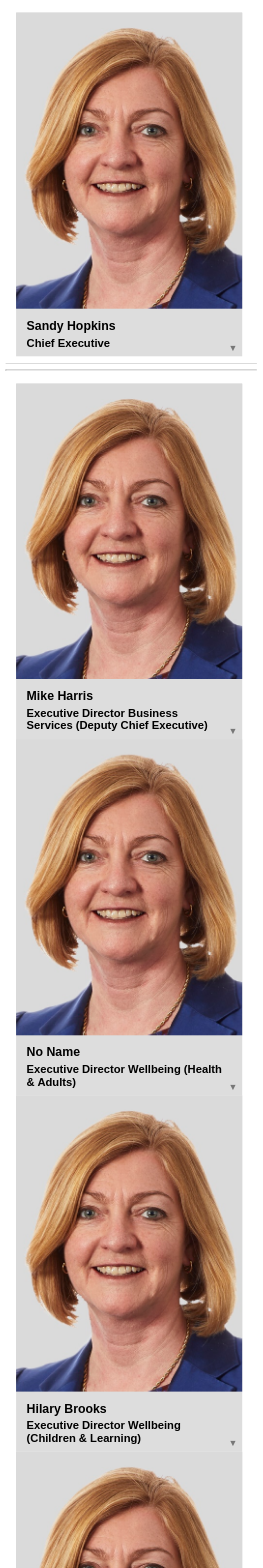
Repository: DigitalExperienceTeam/management
Page: index.html
The author's editor kept a record of every edit. The page is drawn from the files as they stood at one moment, then again after the next edit.
The browser window is 375 px wide. The pictures show the part of the page from y = 0 to 2240 px (the page is 3583 px tall before and 3703 px after), at 70% of full size.

Above is the page before.

### index.html
<!DOCTYPE html>
<html lang="en">

<head>
    <meta charset="UTF-8">
    <meta name="viewport" content="width=device-width, initial-scale=1.0">
    <meta http-equiv="X-UA-Compatible" content="ie=edge">
    <script src="https://ajax.googleapis.com/ajax/libs/jquery/3.4.1/jquery.min.js"></script>

    <script type="text/javascript" src="profiles.js"></script>

    <link rel="stylesheet" href="style.css" type="text/css" />
    <title>Document</title>
</head>

<body>
    <div class="profiles-wrapper">
        <div class="profile lighter">
               <img class="profile-pic" src="sandy.jpg">
            <div class="details">
                <p class="name">Sandy Hopkins</p>
                <p class="title">Chief Executive<span class="more">&#9660;</span></p>
            </div>
            <div class="bio">
                <p>Lorem ipsum dolor sit amet, consectetur adipiscing elit. Nunc quis feugiat magna, non vehicula purus. Sed quis enim et dolor tempor aliquet. Proin a tincidunt ligula, nec rhoncus risus. Aliquam ut magna ac nisl dapibus lobortis ut molestie eros. Maecenas ornare quam vel accumsan congue. Curabitur mattis, odio non rhoncus tempor, diam elit convallis lacus, quis feugiat est lectus sit amet mi. Donec at ex in turpis luctus blandit sit amet eu eros. Nullam a libero turpis. Nullam mattis id est ut suscipit. Donec hendrerit turpis sed ligula hendrerit commodo.</p>
<p>Cras sed vulputate libero. Nam rhoncus quam turpis, vitae eleifend velit ornare a. Donec sollicitudin leo id nunc faucibus, imperdiet porttitor ex dictum. Nam condimentum nibh porta ligula molestie rhoncus. Sed pellentesque lacinia nisi ut finibus. Fusce facilisis scelerisque facilisis. Sed consequat quam nec lectus faucibus lacinia.</p>
<div class="less">&#9650;</div>
            </div>
        </div>

    </div>
    <hr class="profile-divider"></hr>


    <div class="profiles-wrapper">


                 <div class="profile lighter">
               <img class="profile-pic" src="sandy.jpg">
            <div class="details">
                <p class="name">Mike Harris</p>
                <p class="title">Executive Director Business Services (Deputy Chief Executive)<span class="more">&#9660;</span></p>
            </div>
            <div class="bio">
                <p>Lorem ipsum dolor sit amet, consectetur adipiscing elit. Nunc quis feugiat magna, non vehicula purus. Sed quis enim et dolor tempor aliquet. Proin a tincidunt ligula, nec rhoncus risus. Aliquam ut magna ac nisl dapibus lobortis ut molestie eros. Maecenas ornare quam vel accumsan congue. Curabitur mattis, odio non rhoncus tempor, diam elit convallis lacus, quis feugiat est lectus sit amet mi. Donec at ex in turpis luctus blandit sit amet eu eros. Nullam a libero turpis. Nullam mattis id est ut suscipit. Donec hendrerit turpis sed ligula hendrerit commodo.</p>
<p>Cras sed vulputate libero. Nam rhoncus quam turpis, vitae eleifend velit ornare a. Donec sollicitudin leo id nunc faucibus, imperdiet porttitor ex dictum. Nam condimentum nibh porta ligula molestie rhoncus. Sed pellentesque lacinia nisi ut finibus. Fusce facilisis scelerisque facilisis. Sed consequat quam nec lectus faucibus lacinia.</p>
<div class="less">&#9650;</div>
            </div>
        </div>
         <div class="profile lighter">
            <img class="profile-pic" src="sandy.jpg">
            <div class="details">
                <p class="name">No Name</p>
                <p class="title">Executive Director Wellbeing (Health & Adults)<span class="more">&#9660;</span></p>
            </div>
            <div class="bio">
                <p>Lorem ipsum dolor sit amet, consectetur adipiscing elit. Nunc quis feugiat magna, non vehicula purus. Sed quis enim et dolor tempor aliquet. Proin a tincidunt ligula, nec rhoncus risus. Aliquam ut magna ac nisl dapibus lobortis ut molestie eros. Maecenas ornare quam vel accumsan congue. Curabitur mattis, odio non rhoncus tempor, diam elit convallis lacus, quis feugiat est lectus sit amet mi. Donec at ex in turpis luctus blandit sit amet eu eros. Nullam a libero turpis. Nullam mattis id est ut suscipit. Donec hendrerit turpis sed ligula hendrerit commodo.</p>
<p>Cras sed vulputate libero. Nam rhoncus quam turpis, vitae eleifend velit ornare a. Donec sollicitudin leo id nunc faucibus, imperdiet porttitor ex dictum. Nam condimentum nibh porta ligula molestie rhoncus. Sed pellentesque lacinia nisi ut finibus. Fusce facilisis scelerisque facilisis. Sed consequat quam nec lectus faucibus lacinia.</p>
<div class="less">&#9650;</div>
            </div>
        </div>
            <div class="profile lighter">
               <img class="profile-pic" src="sandy.jpg">
            <div class="details">
                <p class="name">Hilary Brooks</p>
                <p class="title">Executive Director Wellbeing (Children & Learning)<span class="more">&#9660;</span></p>
            </div>
            <div class="bio">
                <p>Lorem ipsum dolor sit amet, consectetur adipiscing elit. Nunc quis feugiat magna, non vehicula purus. Sed quis enim et dolor tempor aliquet. Proin a tincidunt ligula, nec rhoncus risus. Aliquam ut magna ac nisl dapibus lobortis ut molestie eros. Maecenas ornare quam vel accumsan congue. Curabitur mattis, odio non rhoncus tempor, diam elit convallis lacus, quis feugiat est lectus sit amet mi. Donec at ex in turpis luctus blandit sit amet eu eros. Nullam a libero turpis. Nullam mattis id est ut suscipit. Donec hendrerit turpis sed ligula hendrerit commodo.</p>
<p>Cras sed vulputate libero. Nam rhoncus quam turpis, vitae eleifend velit ornare a. Donec sollicitudin leo id nunc faucibus, imperdiet porttitor ex dictum. Nam condimentum nibh porta ligula molestie rhoncus. Sed pellentesque lacinia nisi ut finibus. Fusce facilisis scelerisque facilisis. Sed consequat quam nec lectus faucibus lacinia.</p>
<div class="less">&#9650;</div>
            </div>
        </div>

          <div class="profile lighter">
               <img class="profile-pic" src="sandy.jpg">
            <div class="details">
                <p class="name">No Name</p>
                <p class="title">Executive Director Communities, Culture & Homes<span class="more">&#9660;</span></p>
            </div>
            <div class="bio">
                <p>Lorem ipsum dolor sit amet, consectetur adipiscing elit. Nunc quis feugiat magna, non vehicula purus. Sed quis enim et dolor tempor aliquet. Proin a tincidunt ligula, nec rhoncus risus. Aliquam ut magna ac nisl dapibus lobortis ut molestie eros. Maecenas ornare quam vel accumsan congue. Curabitur mattis, odio non rhoncus tempor, diam elit convallis lacus, quis feugiat est lectus sit amet mi. Donec at ex in turpis luctus blandit sit amet eu eros. Nullam a libero turpis. Nullam mattis id est ut suscipit. Donec hendrerit turpis sed ligula hendrerit commodo.</p>
<p>Cras sed vulputate libero. Nam rhoncus quam turpis, vitae eleifend velit ornare a. Donec sollicitudin leo id nunc faucibus, imperdiet porttitor ex dictum. Nam condimentum nibh porta ligula molestie rhoncus. Sed pellentesque lacinia nisi ut finibus. Fusce facilisis scelerisque facilisis. Sed consequat quam nec lectus faucibus lacinia.</p>
<div class="less">&#9650;</div>
            </div>
        </div>

          <div class="profile lighter">
            <img class="profile-pic" src="sandy.jpg">
            <div class="details">
                <p class="name">No Name</p>
                <p class="title">Executive Director Place<span class="more">&#9660;</span></p>
            </div>
            <div class="bio">
                <p>Lorem ipsum dolor sit amet, consectetur adipiscing elit. Nunc quis feugiat magna, non vehicula purus. Sed quis enim et dolor tempor aliquet. Proin a tincidunt ligula, nec rhoncus risus. Aliquam ut magna ac nisl dapibus lobortis ut molestie eros. Maecenas ornare quam vel accumsan congue. Curabitur mattis, odio non rhoncus tempor, diam elit convallis lacus, quis feugiat est lectus sit amet mi. Donec at ex in turpis luctus blandit sit amet eu eros. Nullam a libero turpis. Nullam mattis id est ut suscipit. Donec hendrerit turpis sed ligula hendrerit commodo.</p>
<p>Cras sed vulputate libero. Nam rhoncus quam turpis, vitae eleifend velit ornare a. Donec sollicitudin leo id nunc faucibus, imperdiet porttitor ex dictum. Nam condimentum nibh porta ligula molestie rhoncus. Sed pellentesque lacinia nisi ut finibus. Fusce facilisis scelerisque facilisis. Sed consequat quam nec lectus faucibus lacinia.</p>
<div class="less">&#9650;</div>
            </div>
        </div>



           <div class="profile lighter">
              <img class="profile-pic" src="sandy.jpg">
            <div class="details">
                <p class="name">John Harrison</p>
                <p class="title">Executive Director Finance<span class="more">&#9660;</span></p>
            </div>
            <div class="bio">
                <p>Lorem ipsum dolor sit amet, consectetur adipiscing elit. Nunc quis feugiat magna, non vehicula purus. Sed quis enim et dolor tempor aliquet. Proin a tincidunt ligula, nec rhoncus risus. Aliquam ut magna ac nisl dapibus lobortis ut molestie eros. Maecenas ornare quam vel accumsan congue. Curabitur mattis, odio non rhoncus tempor, diam elit convallis lacus, quis feugiat est lectus sit amet mi. Donec at ex in turpis luctus blandit sit amet eu eros. Nullam a libero turpis. Nullam mattis id est ut suscipit. Donec hendrerit turpis sed ligula hendrerit commodo.</p>
<p>Cras sed vulputate libero. Nam rhoncus quam turpis, vitae eleifend velit ornare a. Donec sollicitudin leo id nunc faucibus, imperdiet porttitor ex dictum. Nam condimentum nibh porta ligula molestie rhoncus. Sed pellentesque lacinia nisi ut finibus. Fusce facilisis scelerisque facilisis. Sed consequat quam nec lectus faucibus lacinia.</p>
<div class="less">&#9650;</div>
            </div>
        </div>





    </div>

</body>

</html>

### profiles.js
$(document).ready(function() {

    $(document).mouseup(function(e)
{
    var container = $(".profile");

    // if the target of the click isn't the container nor a descendant of the container
    if (!container.is(e.target) && container.has(e.target).length === 0)
    {
        $(".bio").slideUp(600);
        $(".profile-pic").removeClass("faded");
        $(".bio").removeClass("darker").addClass("lighter");
        $(".profile").removeClass("darker").addClass("lighter");


    }
});

    $(".profile").click(function() {

        if ( $(this).find(".profile-pic").hasClass("faded")){
            $(this).find(".profile-pic").removeClass("faded");
            $(".profile-pic").not($(this).children()).addClass("faded");

        }

      else {
            $(".profile-pic").not($(this).children()).toggleClass("faded");
      }

        $(this).find(".bio").slideToggle(600);

        $(this).find(".more").fadeToggle(600);

        $(".more").not($(this).children()).show();

        $(".bio").not($(this).children()).slideUp(600);



       $(this).toggleClass("lighter").toggleClass("darker");

      $(".profile").not($(this)).removeClass("darker").addClass("lighter");


       $(this).find(".bio").removeClass("lighter").addClass("darker");


       $(".bio").not($(this).children()).removeClass("darker").addClass("lighter");

    });





});

### style.css
body {
    max-width: 871px;
    font-family: "franklin-gothic-urw",sans-serif;
}

.profiles-wrapper {
    padding: 10px 0;
    display: flex;
    flex-wrap: wrap;
    border-bottom: 1px solid #ccc;
    justify-content: center;
    border-bottom: 1px solid #ccc;
}



.profile {
    box-sizing: border-box;
    width: 29%;
    margin: 15px;
    cursor: pointer;
    display: inline-block;
    vertical-align: top;
    position: relative;
}

.profile:hover {
    background: #ccc;
    transition: 0.4s all;
}


.faded {
    opacity:0.6;
}

.lighter {
    background: #ddd;
}

.darker {
    background: #ccc;
}


.details {
    padding: 5px 15px 10px 15px;
}

.profile img {
    max-width: 100%;
}

.name {
    font-weight: bold;
    font-size: 1.1em;
    margin: 5px 0 0 0;
}

.title {
    font-weight: bold;
     margin: 5px 0 0 0;
     padding-right: 10px;
}

.more {
    float: right;
    color: #777;
    font-family: "Arial Black", Gadget, sans-serif;
    position: absolute;
    right: 7px;
    bottom: 5px;
    font-size: 0.8em;
}

.bio {
    display: none;
    padding: 0 15px 10px 15px;
   position: absolute;
    z-index: 1000;
    font-size: 0.9em;
    box-shadow: 0 10px 10px -2px white;
}

.less {
    text-align: right;
    color: #777;
    font-family: "Arial Black", Gadget, sans-serif;
}

@media only screen and (max-width: 726px) {
 .profiles-wrapper {
    justify-content: flex-start;
}

.profile {
    width: 47%;
    margin: 10px;
}

.profiles-wrapper>.profile:nth-of-type(even) {
margin: 10px 5px 10px 10px;
}

}

@media only screen and (max-width: 615px) {


.profile {
    width: 46%;
}
}

@media only screen and (max-width: 470px) {

.profile {
    width: 45%;
}

}

@media only screen and (max-width: 470px) {

.profiles-wrapper {
    justify-content: flex-start;
}

.profile {
    width: 90%;
    margin: 0 15px;
}

.profiles-wrapper>.profile:nth-of-type(even) {
margin: 0 15px;
}

}

After the next edit:
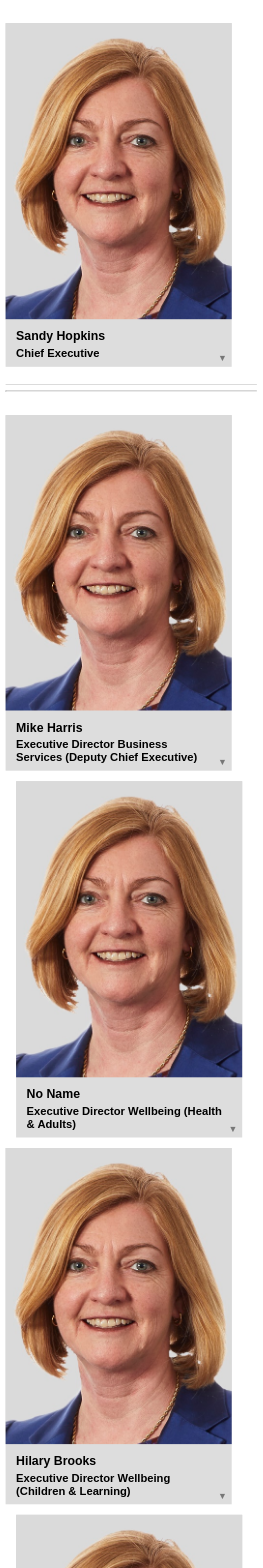
The edit:
--- a/style.css
+++ b/style.css
@@ -128,7 +128,7 @@
 
 .profile {
     width: 90%;
-    margin: 0 15px;
+    margin: 15px 0;
 }
 
 .profiles-wrapper>.profile:nth-of-type(even) {
